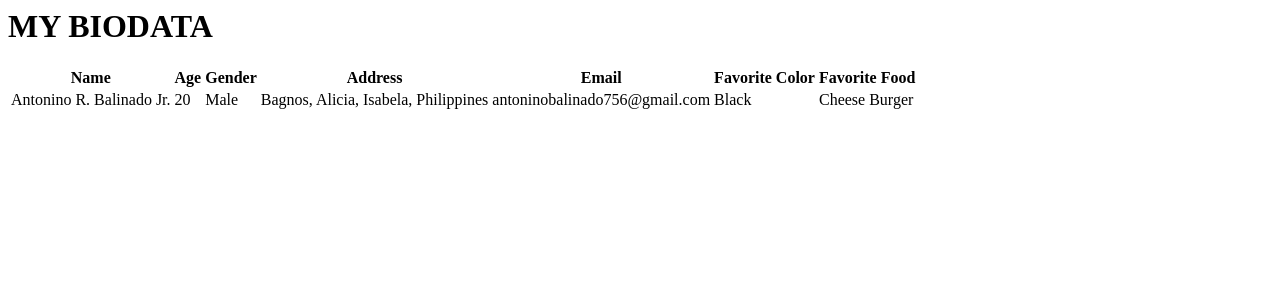
Repository: nino-pixel/github-uploading
Page: biodata.html
These files come from the project's save history. The page is drawn as it stood at one moment and after the next save; the edit follows.
The browser window is 1280 px wide. The pictures show the whole page.

Above is the page before, as saved 2025-02-05 15:30:27.

After the next save:
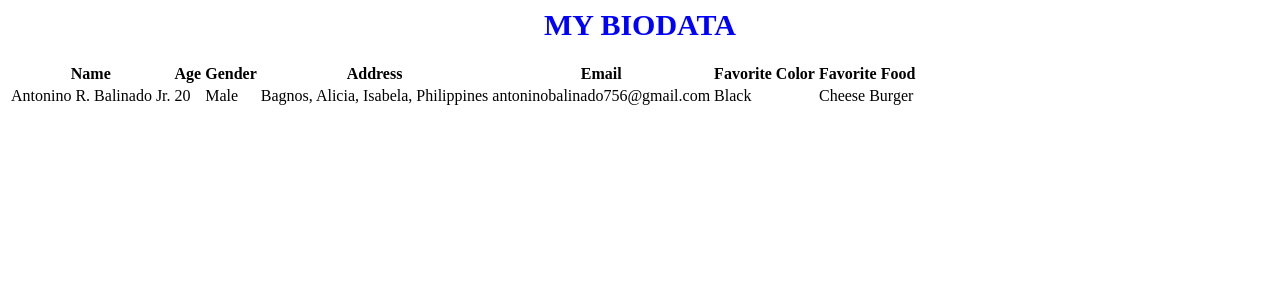
Saved 82 s later.
--- a/biodata.html
+++ b/biodata.html
@@ -5,7 +5,7 @@
     <title>My Biodata</title>
 </head>
 <body>
-    <h1>MY BIODATA</h1>
+    <h1 id="title">MY BIODATA</h1>
     <div class="biodata">
     <table>
         <tr>
@@ -30,6 +30,14 @@
 
 </div>
 </body>
-
+<style>
+    #title{
+        text-align: center;
+        font-size: 30px;
+        color: blue;
+    }
+    .biodata{
+    }
+</style>
 
 </html>
